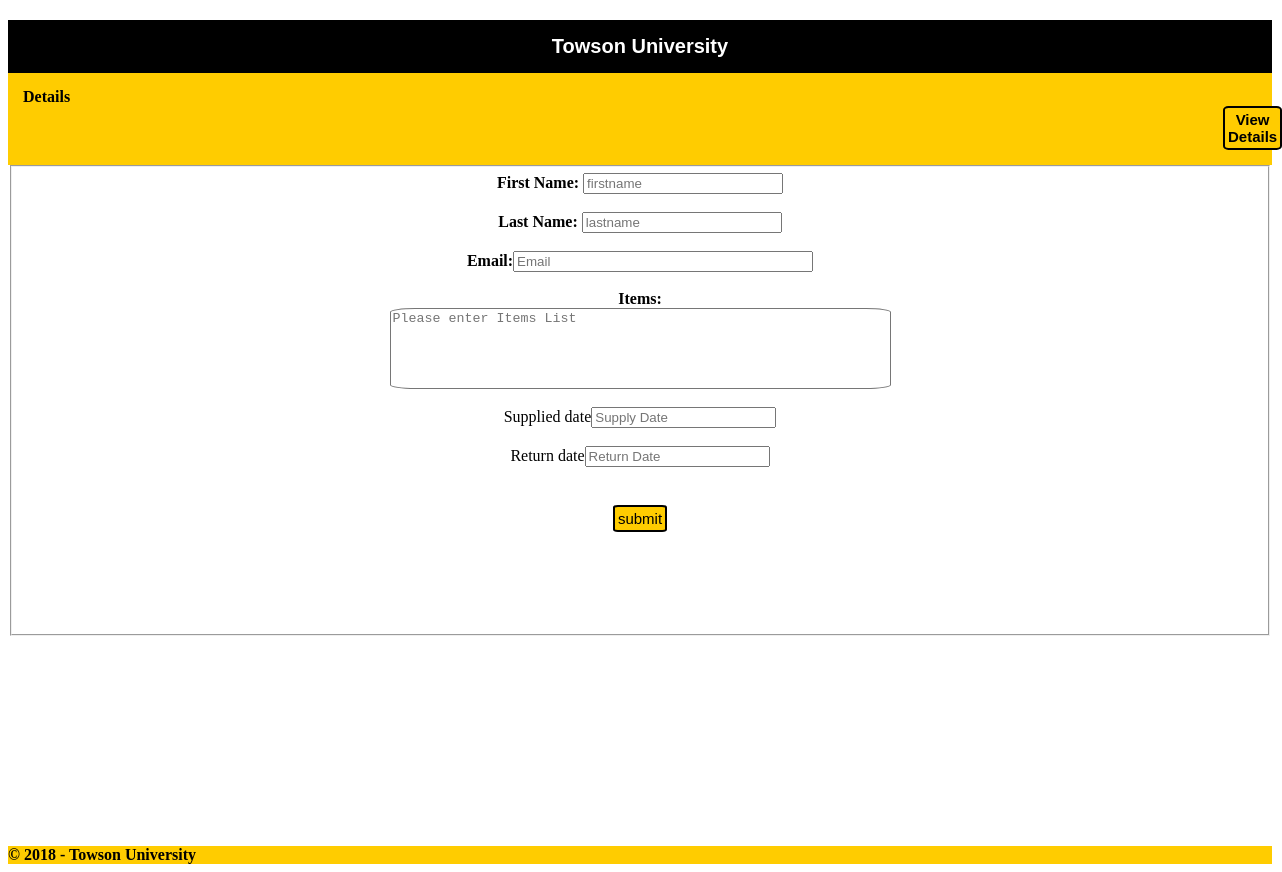
Repository: DatabaseCOSC578/eclipse-workspace11
Page: http://localhost/Supervisor/Supervisor.jsp
The author's editor kept a copy of each file at every save. The page is drawn from the files as they stood at one save, then again after the next save.
The browser window is 1280 px wide. The page is 1282 px wide, so the pictures cover 1282 px, including what lies to the right of the window. The pictures show the whole page.
The page is served by Tomcat 9.

Above is the page before, as saved 2018-04-15 22:52:38.

After the next save:
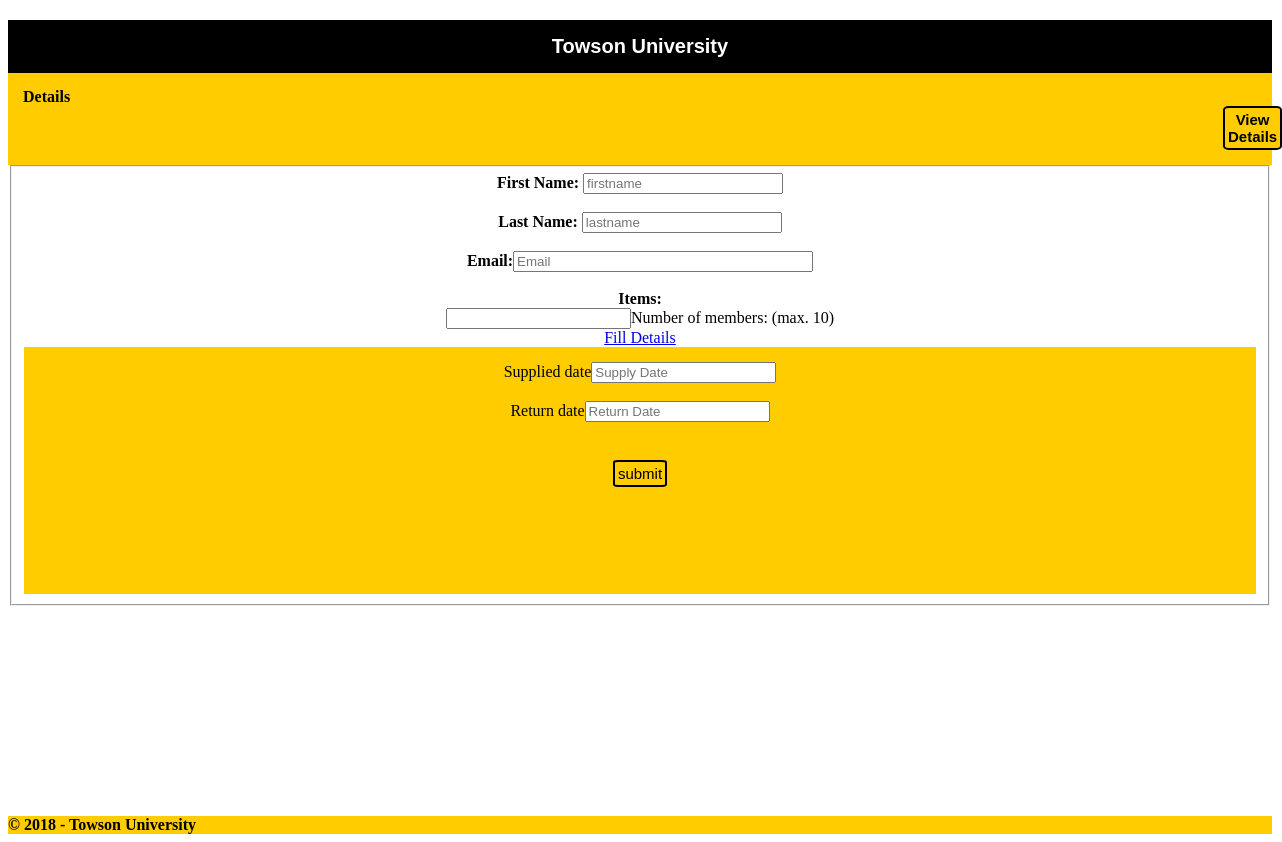
Saved 2 min 43 s later.
--- a/Supervisor/WebContent/Supervisor.jsp
+++ b/Supervisor/WebContent/Supervisor.jsp
@@ -1,6 +1,31 @@
 <html>
 <head>
     <link href="css/layout1.css" rel="stylesheet">
+    <head>
+    <script type='text/javascript'>
+        function addFields(){
+            // Number of inputs to create
+            var number = document.getElementById("member").value;
+            // Container <div> where dynamic content will be placed
+            var container = document.getElementById("container");
+            // Clear previous contents of the container
+            while (container.hasChildNodes()) {
+                container.removeChild(container.lastChild);
+            }
+            for (i=0;i<number;i++){
+                // Append a node with a random text
+                container.appendChild(document.createTextNode("Member " + (i+1)));
+                // Create an <input> element, set its type and name attributes
+                var input = document.createElement("input");
+                input.type = "text";
+                input.name = "member" + i;
+                container.appendChild(input);
+                // Append a line break
+                container.appendChild(document.createElement("br"));
+            }
+        }
+    </script>
+</head>
 </head>
 <body>
 <header><center>Towson University</center></header>
@@ -18,8 +43,9 @@
 <b>Last Name:</b> <input type=text style="width: 200px;" name="lname " placeholder="lastname"><br><br>
 <b>Email:</b><input type=text style="width: 300px; align:center;" name="email" placeholder="Email "><br><br>
 <b>Items:</b></br>
-<textarea rows="5" cols="60"  maxlength="260" name="items" placeholder="Please enter Items List">
-</textarea> <br><br>
+ <input type="text" id="member" name="member" value="">Number of members: (max. 10)<br />
+    <a href="#" id="filldetails" onclick="addFields()">Fill Details</a>
+    <div id="container"/>
 Supplied date<input type=text name="sdate" placeholder="Supply Date" ><br><br>
 Return date<input type=text name="rdate" placeholder="Return Date" ><br><br>
 <input type=submit value=submit> <br><br><br><br><br>
